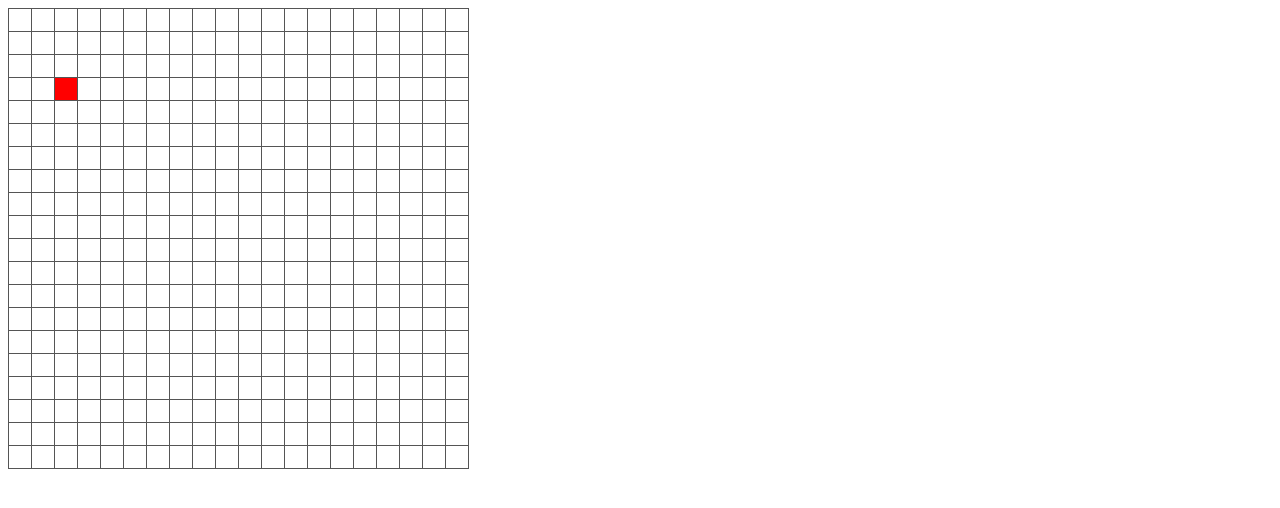
Repository: ycsheng/Games
Page: 01_snake/index.html
An editor plug-in stored every save of this project. The page is shown before and after the next save, followed by the edit.
The browser window is 1280 px wide. The pictures show the whole page.

Above is the page before, as saved 2021-09-18 10:51:49.

### 01_snake/index.html
<!DOCTYPE html>
<html lang="zh">
<head>
  <meta charset="UTF-8">
  <meta http-equiv="X-UA-Compatible" content="IE=edge">
  <meta name="viewport" content="width=device-width, initial-scale=1.0">
  <title>Document</title>
  <style>
    table {
      border-collapse: collapse;
      border: 1px solid #333
    }
    td {
      width: 20px;
      height: 20px;
      border: 1px solid #555;
    }
  </style>
</head>
<body>
  <div id="app"></div>
  <script src="./js/Game.js"></script>
  <script src="./js/Snake.js"></script>
  <script>
    var game = new Game();
  </script>
</body>
</html>

### 01_snake/js/Game.js
/*
  1. 在构造函数中创建一个空对象
  2. 将执行上下文指向这个空对象
  3. 执行里面的所有函数
  4. 执行完成后，返回对象
*/
function Game() {
  // 创建表格
  this.row = 20;  // 行数
  this.col = 20;  //列数
  // 初始化节点
  this.init();
  // 实例化蛇类
  this.snake = new Snake();

  // this.snake.render();
}
Game.prototype.init = function() {
  this.dom = document.createElement("table");
  var tr, td;
  // 遍历行和列上树
  for(var i = 0; i < this.row; i++) {
    // 遍历行，创建节点上树
    tr = document.createElement("tr");
    for(var j = 0; j < this.col; j++) {
      // 遍历列，创建节点上树
      td = document.createElement("td");
      tr.appendChild(td)
    }
    // 追加节点上树
    this.dom.appendChild(tr);
  }
  // 表格上树
  document.getElementById("app").appendChild(this.dom)
}

// 设置颜色的方法
Game.prototype.setColor = function(row, col, color) {
  // 让表格的第几行，第几列设置颜色的方法
  this.dom.getElementsByTagName("tr")[row].getElementsByTagName("td")[col].style.background = color;
}

var timer = setInterval(function() {
  game.snake.render()
}, 1000)

### 01_snake/js/Snake.js
function Snake() {
  // 蛇的初始化身体
  this.body  = [
    {"row": 3, "col": 2},
    {"row": 3, "col": 3},
    {"row": 3, "col": 4},
    {"row": 3, "col": 5},
  ];
}

Snake.prototype.render = function() {
  // 蛇的渲染
  game.setColor(this.body[0].row, this.body[0].col, "red")
}

After the next save:
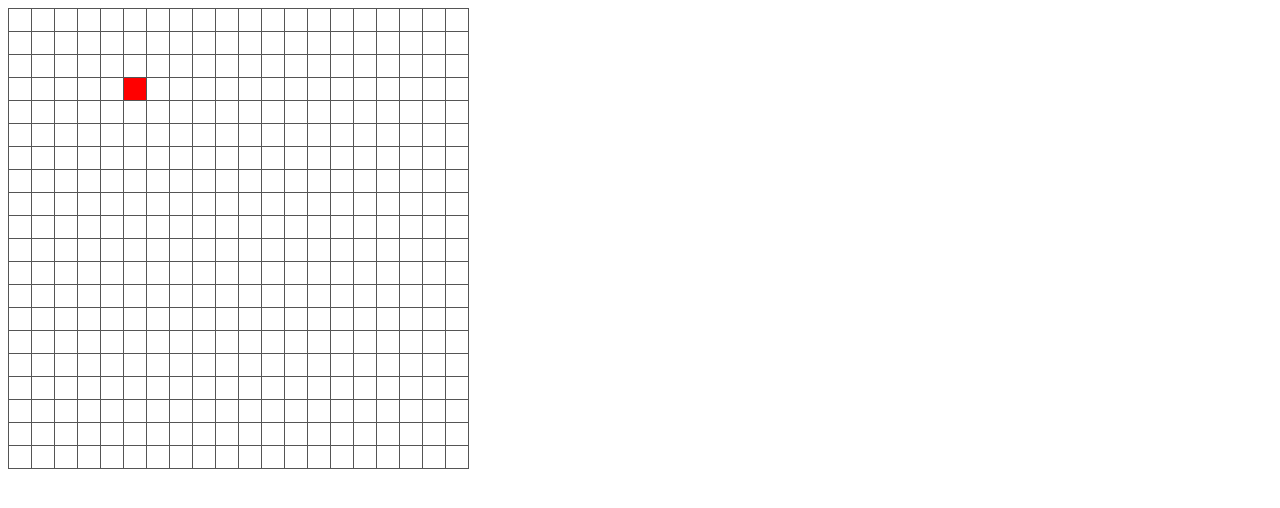
Saved 97 s later.
--- a/01_snake/js/Snake.js
+++ b/01_snake/js/Snake.js
@@ -1,10 +1,10 @@
 function Snake() {
   // 蛇的初始化身体
   this.body  = [
+    {"row": 3, "col": 5},
+    {"row": 3, "col": 4},
+    {"row": 3, "col": 3},
     {"row": 3, "col": 2},
-    {"row": 3, "col": 3},
-    {"row": 3, "col": 4},
-    {"row": 3, "col": 5},
   ];
 }
 
